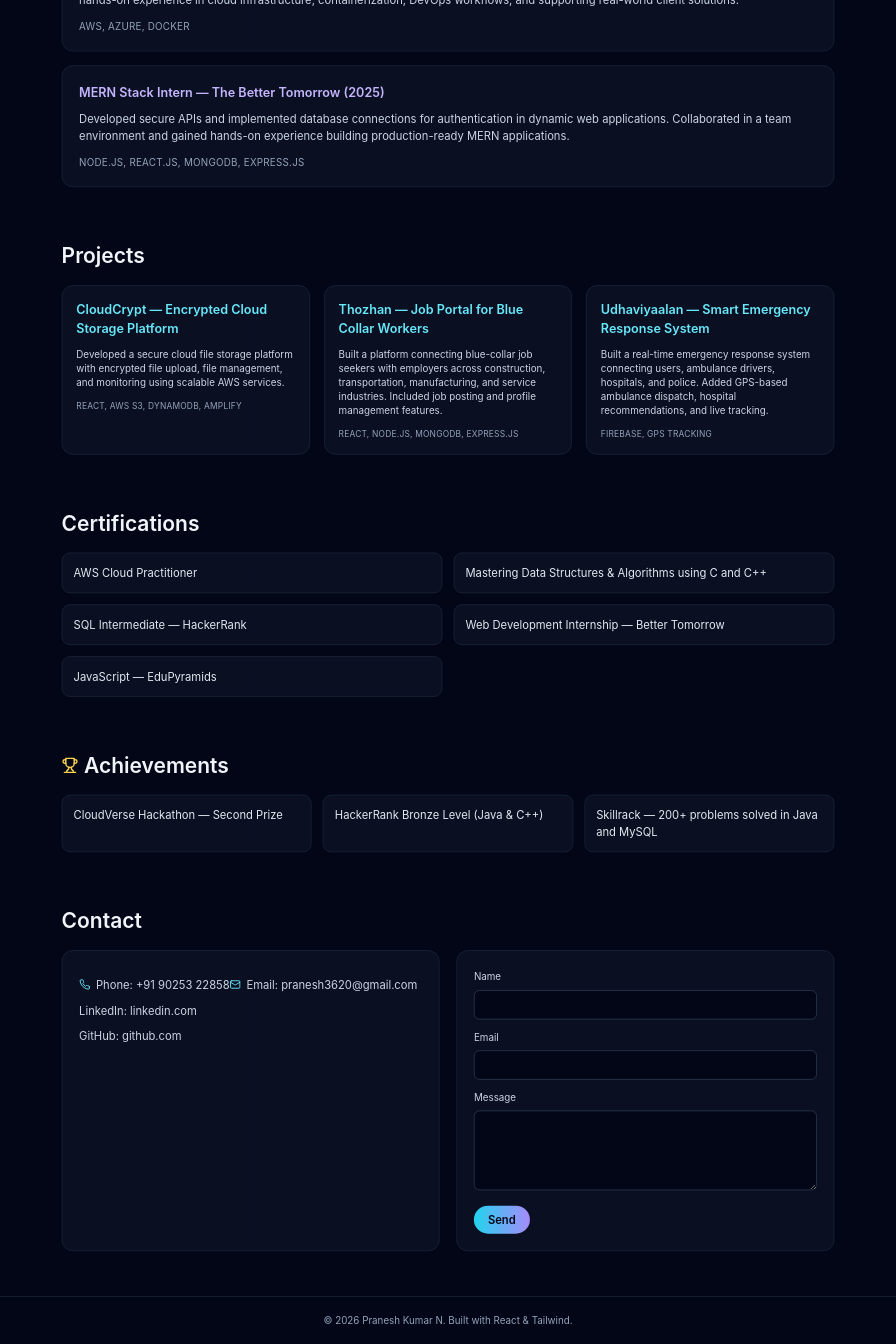
Repository: PRANEESSHHH/Portfolio
Page: /
These files come from the project's save history. The page is drawn as it stood at one moment and after the next save; the edit follows.
The browser window is 1280 px wide. The pictures show the part of the page from y = 1629 to 3549 px (the page is 3549 px tall), at 70% of full size.
The project was rebuilt for these pictures with package versions that can differ from the ones it lists, and the page was loaded fresh each time. Also part of the build but not shown: vite.config.ts. Imported but missing from the stored project, and not drawn on this page: resume/PRANESH KUMAR N RESUME .pdf.

Above is the page before, as saved 2026-05-28 15:41:39.

After the next save:
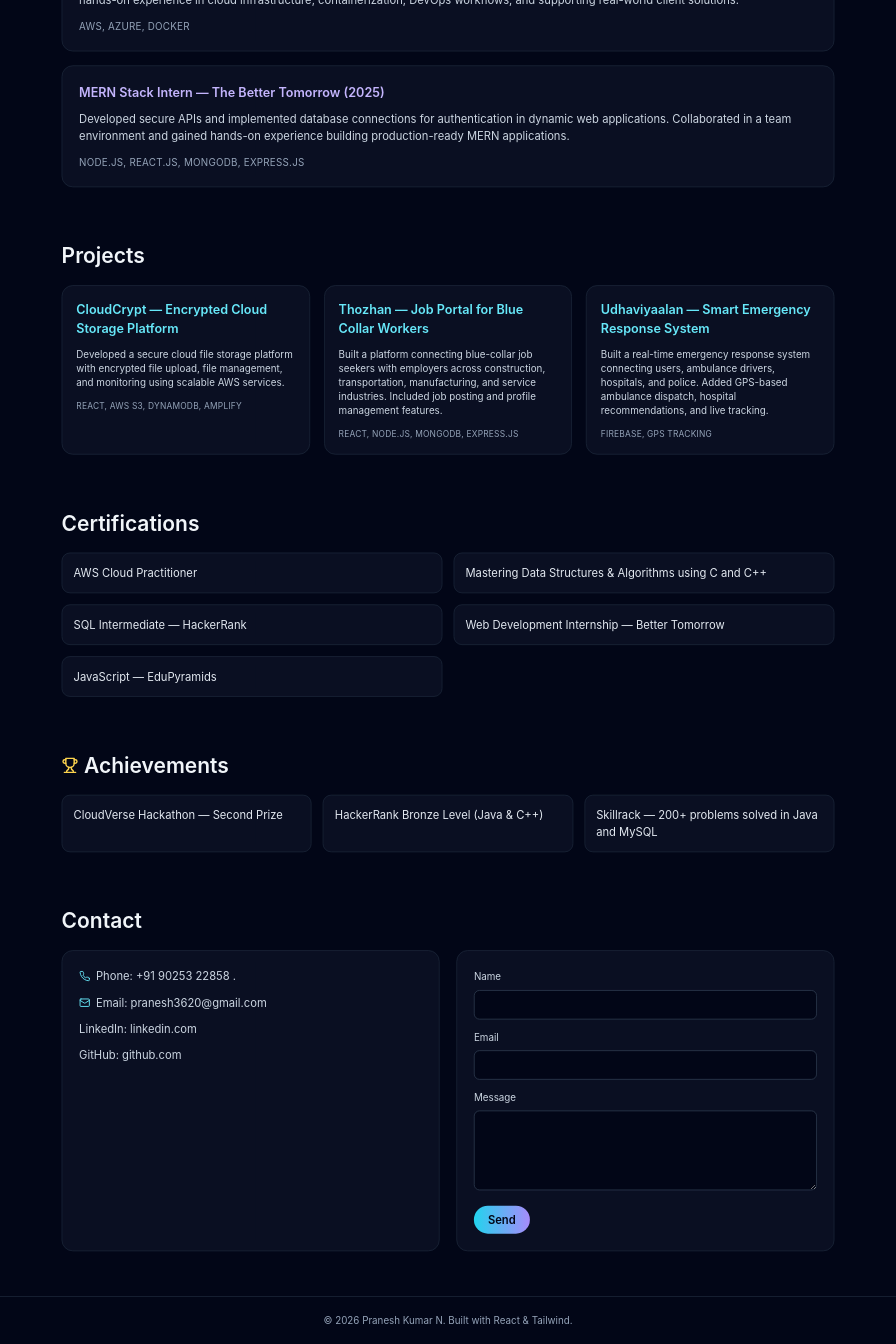
Saved 9 s later.
--- a/src/App.tsx
+++ b/src/App.tsx
@@ -389,7 +389,7 @@ function App() {
         <div className="mt-6 grid gap-6 md:grid-cols-2">
           <div className="rounded-2xl border border-slate-800 bg-slate-900/60 p-6">
             <p className="inline-flex items-center gap-2 text-slate-300">
-              <Phone size={16} className="text-cyan-300" /> Phone: +91 90253 22858
+              <Phone size={16} className="text-cyan-300" /> Phone: +91 90253 22858 .
             </p>
             <p className=" mt-3 inline-flex items-center gap-2 text-slate-300">
               <Mail size={16} className="text-cyan-300" /> Email: pranesh3620@gmail.com
